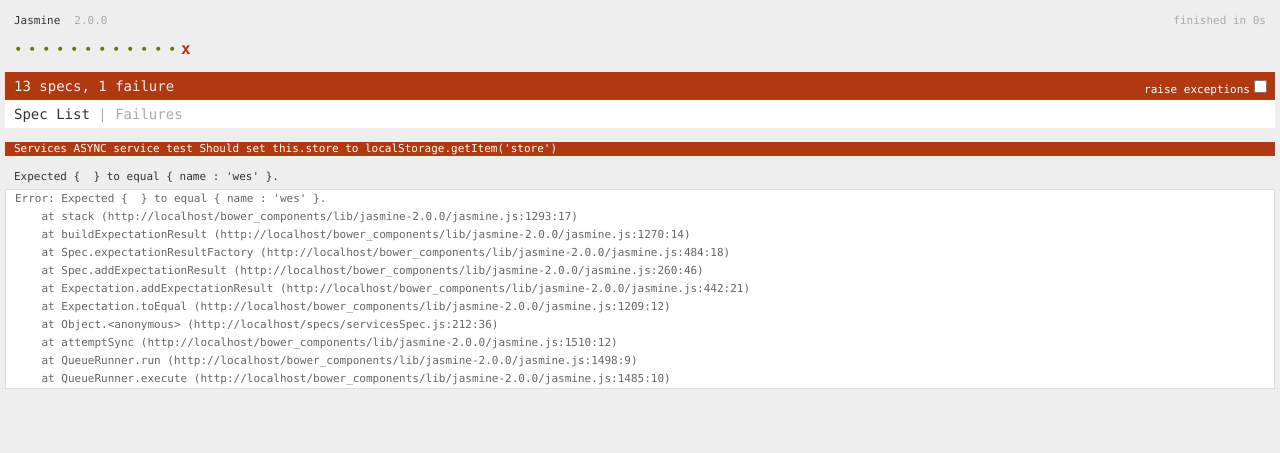
Repository: wesleyduff/angularTestDemo
Page: tests/SpecRunner.html
The author's editor kept a record of every edit. The page is drawn from the files as they stood at one moment, then again after the next edit.
The browser window is 1280 px wide. The pictures show the whole page.

Above is the page before.

After the next edit:
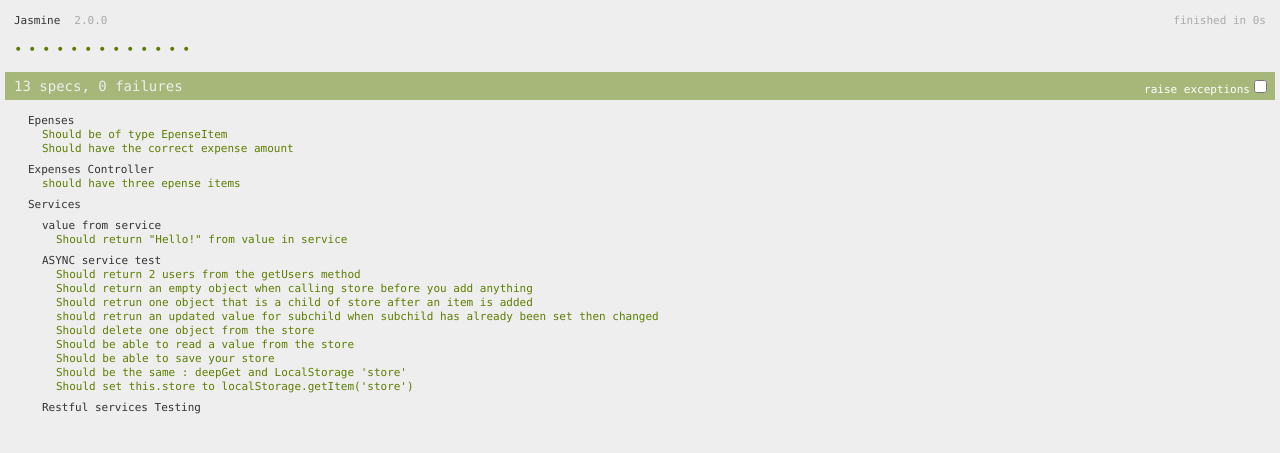
The edit:
--- a/scripts/services/main.js
+++ b/scripts/services/main.js
@@ -81,8 +81,9 @@
 
             var _store = this.deepGet();
 
-            if(localStorage.getItem('store') !== null){
-
+            if(_store !== null){
+                delete this.store;
+                this.store = _store;
             }
         }
     }
